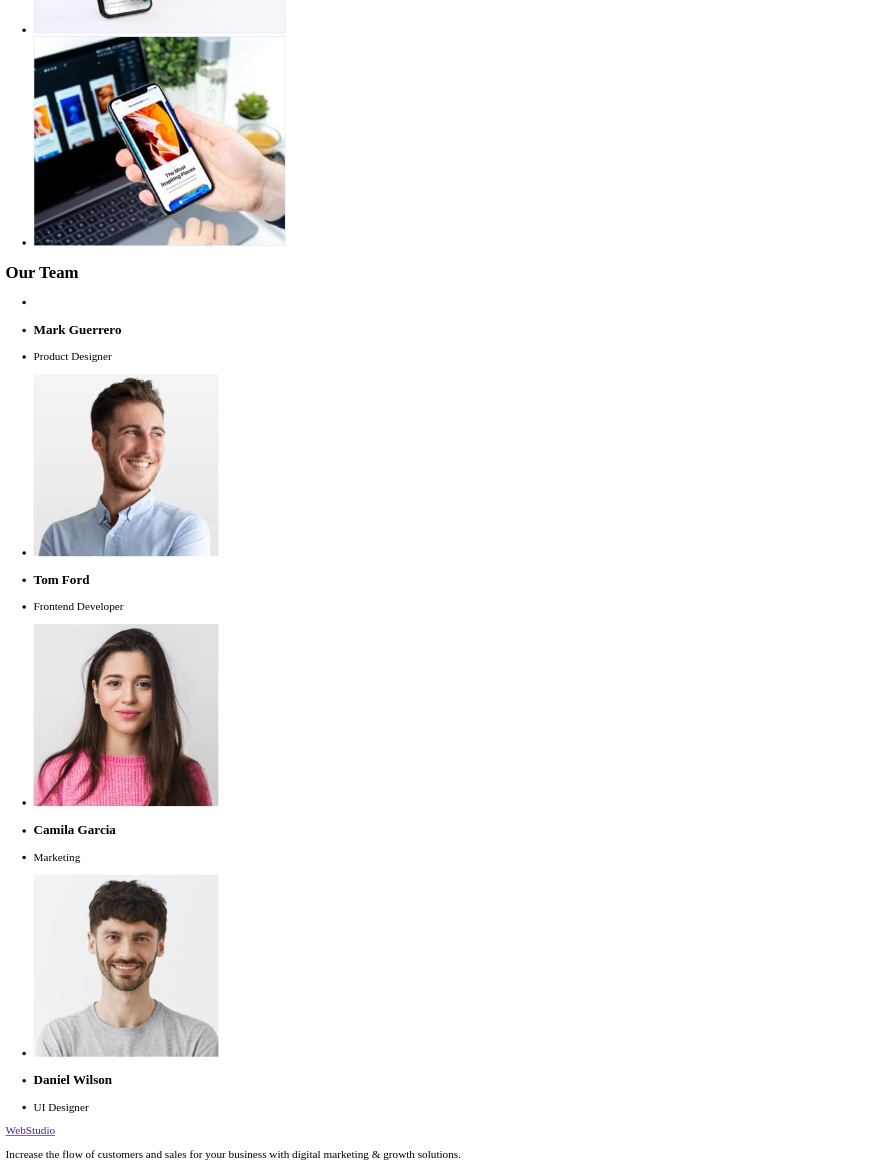
Repository: GrishchenkoNataliya/goit-markup-hw-02
Page: index.html
The author's editor kept a copy of each file at every save. The page is drawn from the files as they stood at one save, then again after the next save.
The browser window is 1280 px wide. The pictures show the part of the page from y = 1172 to 3092 px (the page is 2846 px tall before and 3092 px after), at 70% of full size.

Above is the page before, as saved 2023-02-26 01:12:34.

After the next save:
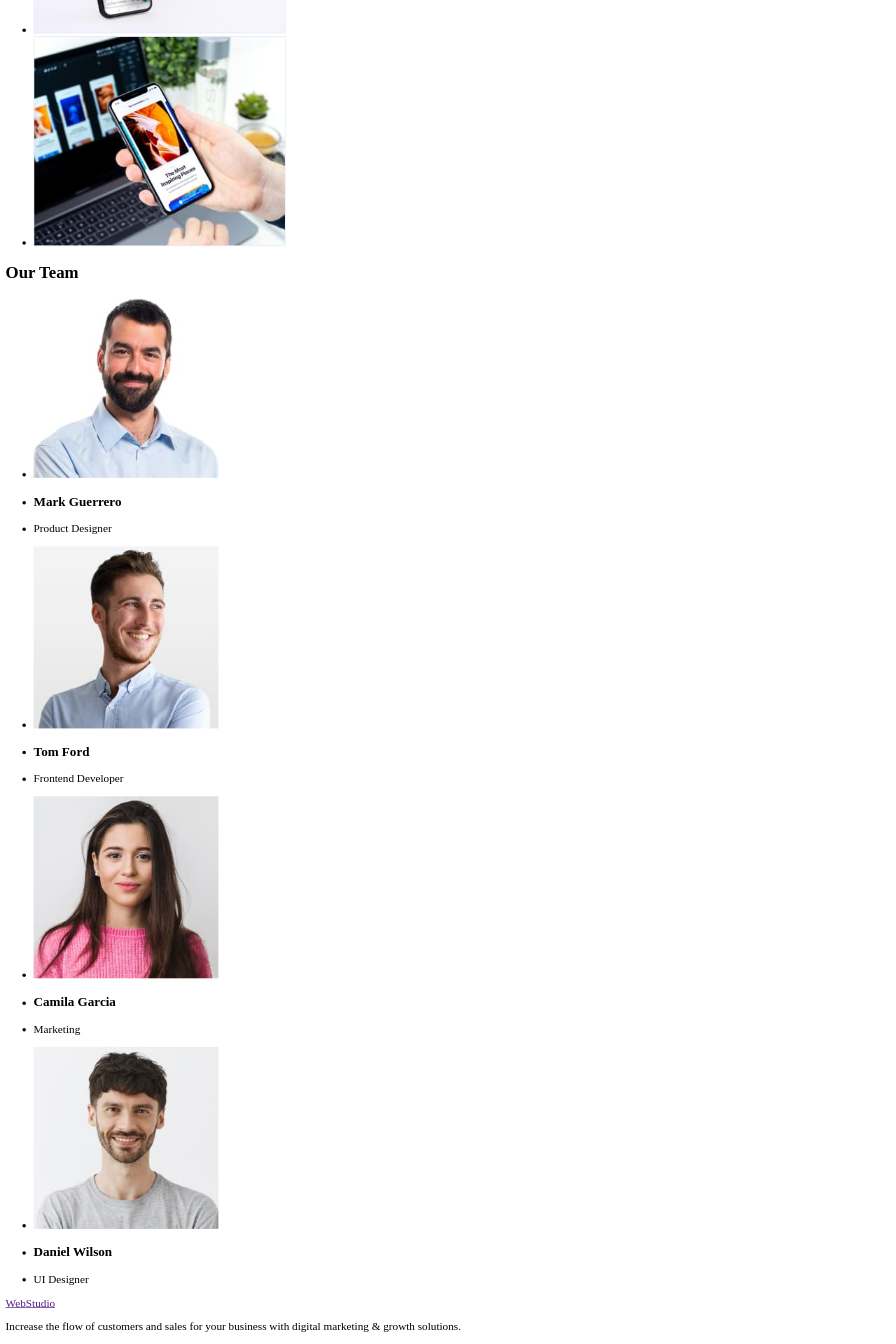
Saved 31 s later.
--- a/index.html
+++ b/index.html
@@ -110,7 +110,7 @@
               src="./images/img1.jpg"
               alt="Mark Guerrero"
               width="264"
-              height="0"
+              height=""
             />
           </li>
           <li><h3>Mark Guerrero</h3></li>
